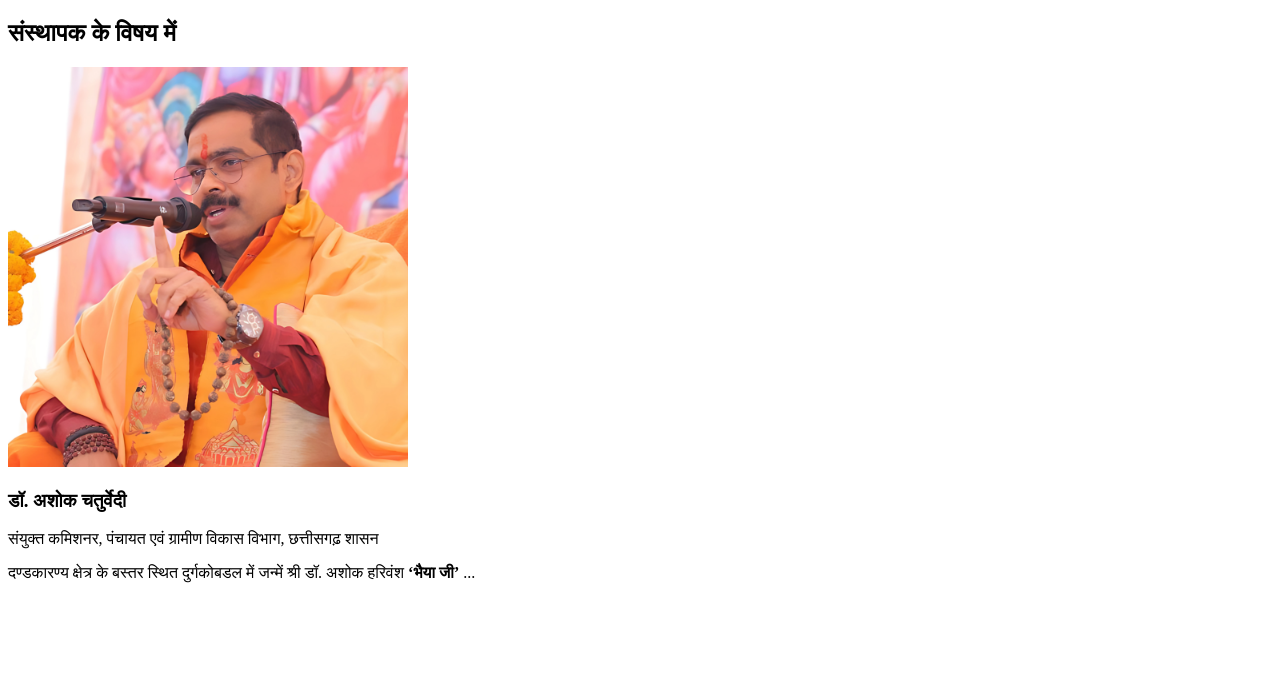
Repository: as-avni/lokmeeram
Page: /founder
An editor plug-in stored every save of this project. The page is shown before and after the next save, followed by the edit.
The browser window is 1280 px wide. The pictures show the whole page.
The project was rebuilt for these pictures with package versions that can differ from the ones it lists, and the page was loaded fresh each time. The framework's server and built-in components were replaced by stand-ins that run in the browser. Also part of the build but not shown: next.config.ts.

Above is the page before, as saved 2025-06-27 05:55:46.

### src/app/founder/page.tsx
// import Image from "next/image"
// import { Card, CardContent } from "@/components/ui/card"

// export default function Founders() {
//     return (
//         <section id="team" className="px-4 py-12 md:py-16 bg-[url('/images/background/team-bg.png')] bg-blend-color-burn bg-cover bg-center bg-no-repeat">
//         <div className="max-w-6xl mx-auto">
//             <h1 className="text-3xl text-black text-center md:text-5xl px-20 font-bold mb-2 md:mb-4 mt-20">
//                 <span className="text-orange-600">
//                 संस्थापक </span> के
//                 विषय में
//             </h1>

//         <div className="max-w-lg mx-auto mt-5 md:mt-10">
//         <Card className="bg-transparent">
//             <CardContent className="p-6">
//             <div className="aspect-square relative mb-4 rounded-lg overflow-hidden">
//                 <Image
//                 src="/images/about-team/2.png"
//                 alt="Team member"
//                 width={400}
//                 height={400}
//                 className="object-cover rounded-full"
//                 />
//             </div>
//             <h3 className="text-2xl font-bold mb-1 text-center font-[Poppins]">डॉ. अशोक चतुर्वेदी</h3>
//             <p className="text-lg font-semibold text-gray-800 mb-2">संयुक्त
//             कमिशनर, पंचायत एवं ग्रामीण विकास विभाग, छत्तीसगढ़ शासन</p>
//             <p className="text-xl w-full text-gray-500">दण्डकारण्य क्षेत्र के बस्तर स्थित दुर्गकोबडल में जन्में श्री डॉ. अशोक हरिवंश <strong> ‘भैया जी’</strong> राजनीति शास्त्र, मानव संसाधन प्रबंधन एवं मानवाधिकार विषयों में उच्च शिक्षा प्राप्त भैया जी प्रशासन में एक उत्कृष्ट अधिकारी के रूप में विद्यमान हैं।

// जगद्गुरु श्रीरामानुजाचार्य की कृपा एवं माता-पिता के निर्देश में बचपन से ही धर्म के क्षेत्र में “राम और राष्ट्र एक” मंत्र को जीवन का ध्येय मानुषि, धर्म एवं राष्ट्र की सेवा में समर्पित होकर श्री रामकथा वाचक के रूप में प्रचार-प्रसार कर रहे हैं।

// भारतीय संस्कृति एवं विरासत की पुनर्स्थापना हेतु प्रयास करना, धर्मांतरण के विकराल तथा नशामुक्ति हेतु अभियान का संचालन, देश के हर घर में श्रीरामचरितमानस एवं श्रीमद्भागवद्गीता का होना सुनिश्चित करने हेतु, हिंदू धार्मिक बंधनों के यह शांत वातावरण में भारतीय आश्रम के अनुभव भी प्रदान करता है।</p>
//             </CardContent>
//         </Card>
// {/*
//         <Card className="bg-orange-200 shadow-lg shadow-black">
//             <CardContent className="p-6">
//             <div className="aspect-square relative mb-4 rounded-lg overflow-hidden">
//                 <Image
//                 src="/images/about-team/3.png"
//                 alt="Team member"
//                 width={400}
//                 height={400}
//                 className="object-cover rounded-full"
//                 />
//             </div>
//             <h3 className="text-2xl font-bold mb-1 text-center font-[Poppins]">नागेन्द्र दुबे </h3>
//             <p className="text-lg font-semibold text-gray-800 mb-2 prose text-center">संस्थापक, लोक में राम शोध संस्थान</p>
//             <p className="text-lg text-gray-500 prose text-justify">एक प्रतिष्ठित <strong>शिक्षाविद्, मोटिवेशनल स्पीकर और काउंसलर</strong>, जिन्हें शिक्षा, पारिवारिक और व्यक्तिगत मार्गदर्शन में व्यापक अनुभव है। उन्होंने <strong>300 से अधिक स्कूलों का दौरा</strong> किया और <strong>4,000+ छात्रों</strong> को प्रेरित किया है। वे <strong>टॉपर्स एजुकेशनल सोसायटी</strong> के सचिव, <strong>विजडम वे हायर सेकेंडरी स्कूल</strong> के निदेशक और <strong>&quot;सतत् छत्तीसगढ़&quot;</strong> पत्रिका के संपादक हैं। <strong>राष्ट्रीय पुस्तक मेला, साहित्य महोत्सव और शिक्षा मेले</strong> के आयोजक होने के नाते, वे शिक्षा और युवा सशक्तिकरण के लिए प्रतिबद्ध हैं। उनके प्रेरणादायक संवाद कौशल, व्यवहारगत समझ और आध्यात्मिक दृष्टिकोण ने उन्हें एक प्रभावशाली व्यक्तित्व बनाया है।
//             </p>
//             </CardContent>
//         </Card> */}
//         </div>
//     </div>
//     </section>
//     )
// }






import Image from "next/image"

export default function Founders() {
    return (
        <section
            id="team"
            className="px-4 py-12 md:py-16 bg-[url('/images/background/team-bg.png')] bg-blend-color-burn bg-cover bg-center bg-no-repeat"
        >
            <div className="max-w-6xl mx-auto">
                <h1 className="text-3xl text-black text-center md:text-5xl px-20 font-bold mb-2 md:mb-4 mt-20">
                    <span className="text-orange-600">संस्थापक </span> के विषय में
                </h1>

                {/* Dr. Ashok Chaturvedi */}
<div className="max-w-5xl mx-auto items-center">
    <div className="relative rounded-lg overflow-hidden flex justify-center mb-4">
        <Image
            src="/images/about-team/2.png"
            alt="Team member"
            width={400}
            height={400}
            className="object-cover rounded-full"
        />
    </div>
    <h3 className="text-2xl font-bold mb-1 text-center font-[Poppins] text-orange-500">
        डॉ. अशोक चतुर्वेदी
    </h3>
    <p className="text-lg font-semibold text-gray-800 mb-2 text-center">
        संयुक्त कमिशनर, पंचायत एवं ग्रामीण विकास विभाग, छत्तीसगढ़ शासन
    </p>
    <p className="text-xl text-black w-full">
        दण्डकारण्य क्षेत्र के बस्तर स्थित दुर्गकोबडल में जन्में श्री डॉ. अशोक हरिवंश <strong>‘भैया जी’</strong> ...
        {/* remaining paragraph unchanged */}
    </p>
</div>
            </div>
        </section>
    )
}

After the next save:
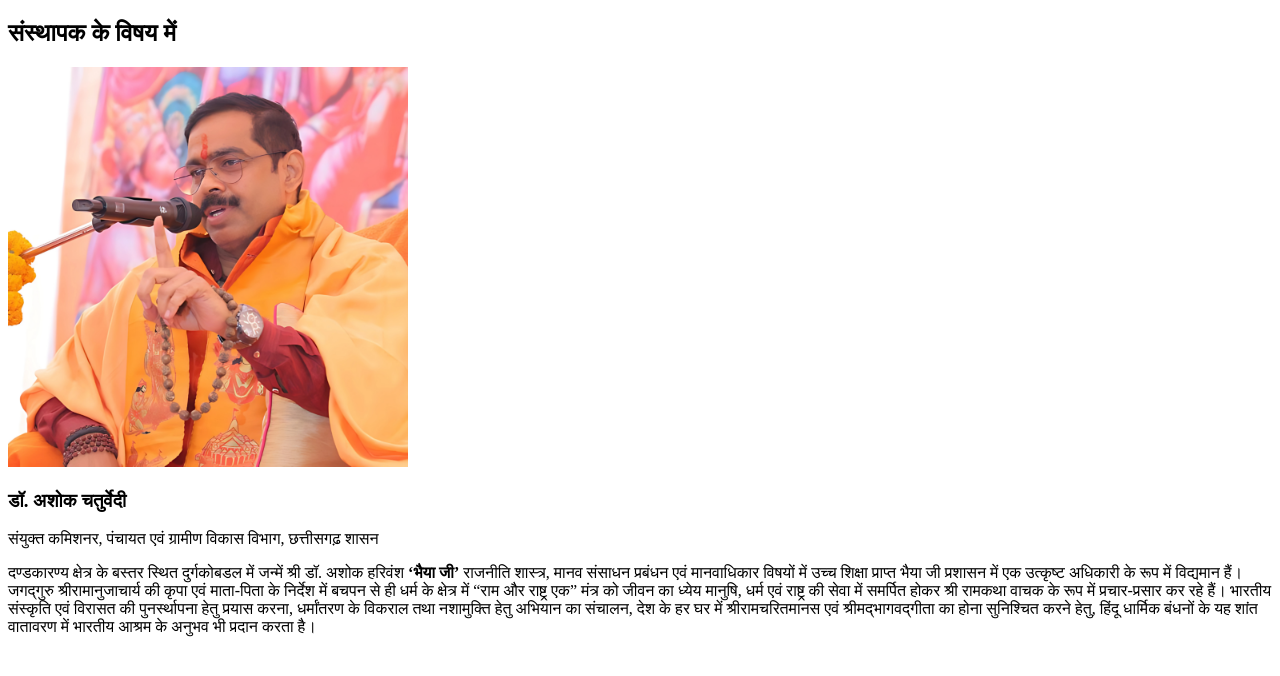
Saved 7 s later.
--- a/src/app/founder/page.tsx
+++ b/src/app/founder/page.tsx
@@ -92,10 +92,13 @@ export default function Founders() {
     <p className="text-lg font-semibold text-gray-800 mb-2 text-center">
         संयुक्त कमिशनर, पंचायत एवं ग्रामीण विकास विभाग, छत्तीसगढ़ शासन
     </p>
-    <p className="text-xl text-black w-full">
-        दण्डकारण्य क्षेत्र के बस्तर स्थित दुर्गकोबडल में जन्में श्री डॉ. अशोक हरिवंश <strong>‘भैया जी’</strong> ...
-        {/* remaining paragraph unchanged */}
-    </p>
+    <p className="text-xl text-black w-full ">
+                            दण्डकारण्य क्षेत्र के बस्तर स्थित दुर्गकोबडल में जन्में श्री डॉ. अशोक हरिवंश <strong>‘भैया जी’</strong> राजनीति शास्त्र, मानव संसाधन प्रबंधन एवं मानवाधिकार विषयों में उच्च शिक्षा प्राप्त भैया जी प्रशासन में एक उत्कृष्ट अधिकारी के रूप में विद्यमान हैं।
+
+                            जगद्गुरु श्रीरामानुजाचार्य की कृपा एवं माता-पिता के निर्देश में बचपन से ही धर्म के क्षेत्र में “राम और राष्ट्र एक” मंत्र को जीवन का ध्येय मानुषि, धर्म एवं राष्ट्र की सेवा में समर्पित होकर श्री रामकथा वाचक के रूप में प्रचार-प्रसार कर रहे हैं।
+
+                            भारतीय संस्कृति एवं विरासत की पुनर्स्थापना हेतु प्रयास करना, धर्मांतरण के विकराल तथा नशामुक्ति हेतु अभियान का संचालन, देश के हर घर में श्रीरामचरितमानस एवं श्रीमद्भागवद्गीता का होना सुनिश्चित करने हेतु, हिंदू धार्मिक बंधनों के यह शांत वातावरण में भारतीय आश्रम के अनुभव भी प्रदान करता है।
+                        </p>
 </div>
             </div>
         </section>
